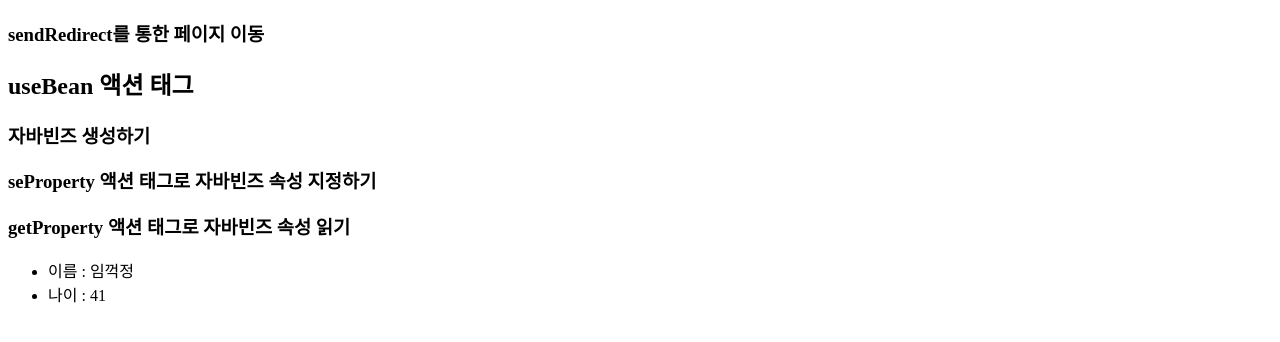
Repository: jjunyuongv/JSP_Servlet
Page: http://localhost/MustHHaveJSP/07ActionTag/UseBeanMain.jsp
These files come from the project's save history. The page is drawn as it stood at one moment and after a run of saves; the edit follows.
The browser window is 1280 px wide. The pictures show the whole page.
The page is served by Tomcat 10. Other server files are loaded and not shown.

Above is the page before, as saved 2025-05-08 08:02:48.

### MustHHaveJSP/src/main/webapp/07ActionTag/UseBeanMain.jsp
<%@ page language="java" contentType="text/html; charset=UTF-8"
    pageEncoding="UTF-8"%>
<!DOCTYPE html>
<html>
	<head>
	<meta charset="UTF-8">
	<title>액션 태그 - UseBean</title>
	</head>
	<body>
		<h3>sendRedirect를 통한 페이지 이동</h3>
		<%
			/* response.sendRedirect("ForwardSub.jsp"); */
		%>




		<h2>useBean 액션 태그</h2>
		<h3>자바빈즈 생성하기</h3>
		<jsp:useBean id="person" class="common.Person" scope="request" />

		<h3>seProperty 액션 태그로 자바빈즈 속성 지정하기</h3>
		<jsp:setProperty property="name" name="person" value="임꺽정" />
		<jsp:setProperty property="age" name="person" value="41" />

		<h3>getProperty 액션 태그로 자바빈즈 속성 읽기</h3>
		<ul>
			<li>이름 : <jsp:getProperty property="name" name="person"/></li>
			<li>나이 : <jsp:getProperty property="age" name="person"/></li>
		</ul>


	</body>
</html>

### MustHHaveJSP/src/main/java/common/Person.java
package common;		// 기본 패키지 이외의 패키지(규약1번)

/*
순수하게 데이터 저장 기능만 있는 클래스를 DTO(Data Transfer Object)
혹은 VO(Value Object) 라고 부른다.
자바빈즈(JavaBeans) 규약에 따라 작성한다.

자바빈즈 규약
1 자바빈즈는 기본(default) 패키지 이외의 패키지에 속해야합니다.
2 멤버 변수(속성)의 접근 지정자는 private으로 선언합니다.
3 기본생성자가 있어야 합니다.
4 멤버 변수에 접근할 수 있는 게터setter/세터setter 메서드가 있어야 합니다.
5 게터/세터 메서드의 접근 지정자는 public으로 선언합니다
*/
public class Person
{
	private String name;	// private 멤버 변수(규약 2번)
	private int age;		// private 멤버 변수(규약 2번)

	public Person(){}		// 기본 생성자(규약 3번)

	public Person(String name, int age)
	{
		super();
		this.name = name;
		this.age = age;
	}

	// public 게터/세터 메서드들(규약 4번, 5번)
	public String getName()
	{
		return name;
	}

	public void setName(String name)
	{
		this.name = name;
	}

	public int getAge()
	{
		return age;
	}

	public void setAge(int age)
	{
		this.age = age;
	}
}

After the next 2 saves:
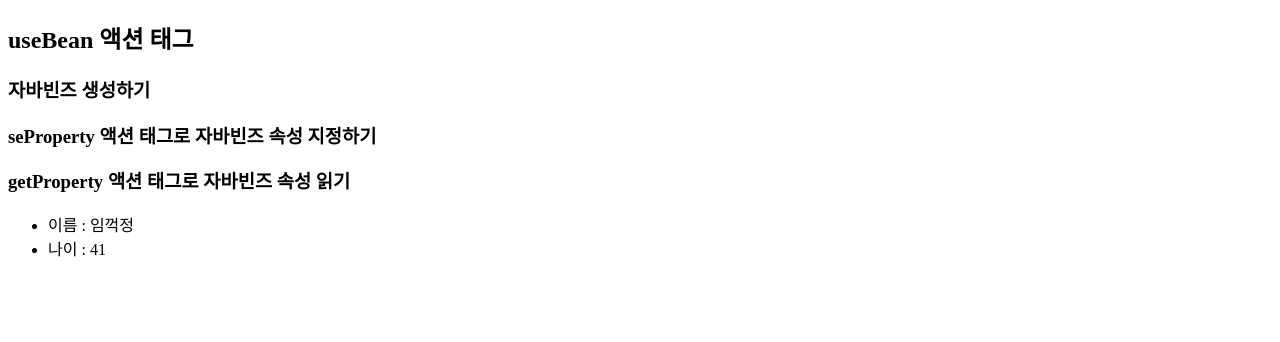
The 2 saves are shown as one change because they came seconds apart.
The last was saved 12 s later.
--- a/MustHHaveJSP/src/main/webapp/07ActionTag/UseBeanMain.jsp
+++ b/MustHHaveJSP/src/main/webapp/07ActionTag/UseBeanMain.jsp
@@ -7,13 +7,6 @@
 	<title>액션 태그 - UseBean</title>
 	</head>
 	<body>
-		<h3>sendRedirect를 통한 페이지 이동</h3>
-		<%
-			/* response.sendRedirect("ForwardSub.jsp"); */
-		%>
-
-
-
 
 		<h2>useBean 액션 태그</h2>
 		<h3>자바빈즈 생성하기</h3>
